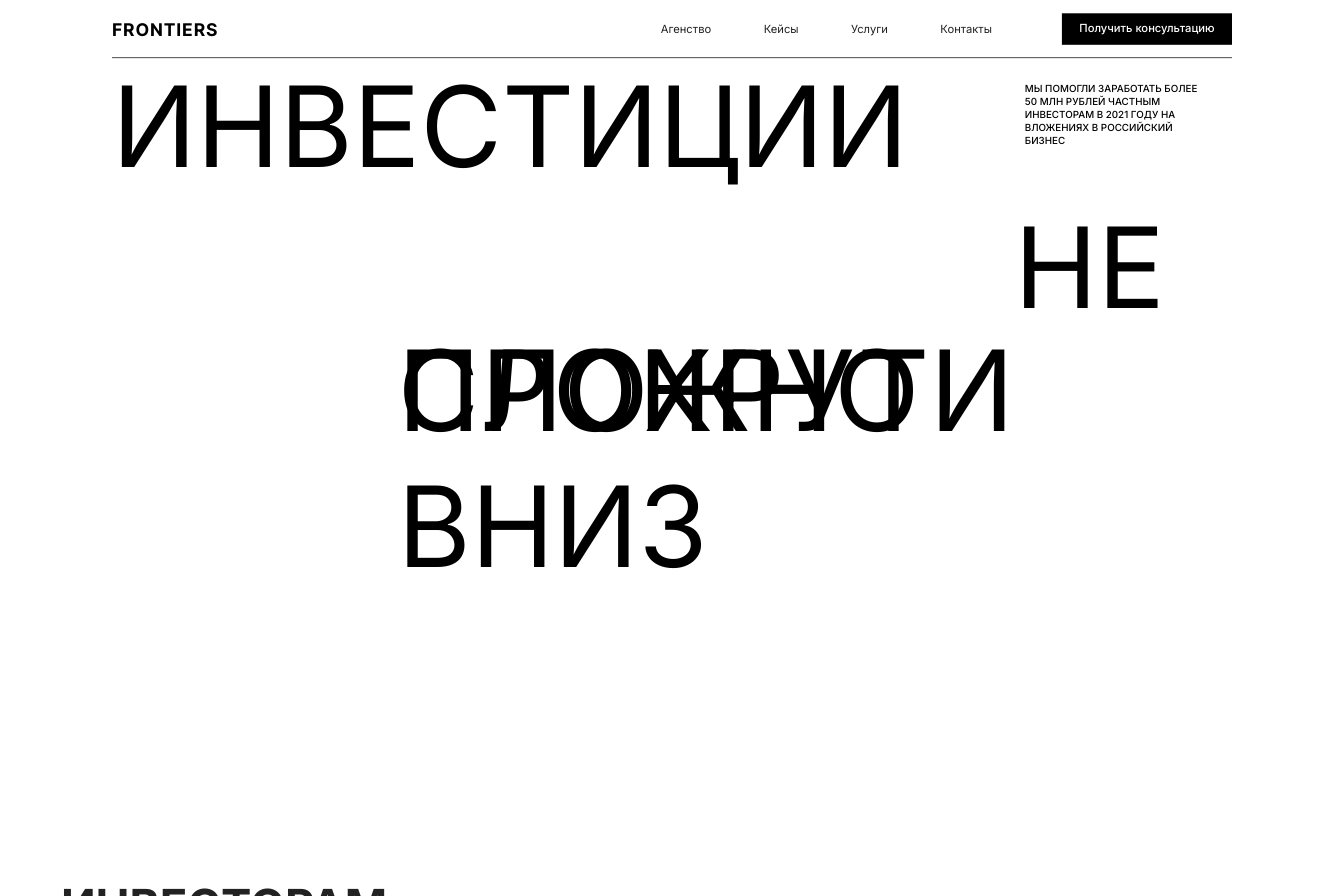
Repository: NadyaKorvin/frontiers
Page: /
The author's editor kept a copy of each file at every save. The page is drawn from the files as they stood at one save, then again after the next save.
The browser window is 1280 px wide. The page is 1920 px wide, so the pictures cover 1920 px, including what lies to the right of the window. The pictures show the part of the page from y = 0 to 1280 px (the page is 1728 px tall), at 70% of full size.
The project was rebuilt for these pictures with package versions that can differ from the ones it lists, and the page was loaded fresh each time.

Above is the page before, as saved 2022-05-23 05:20:58.

After the next save:
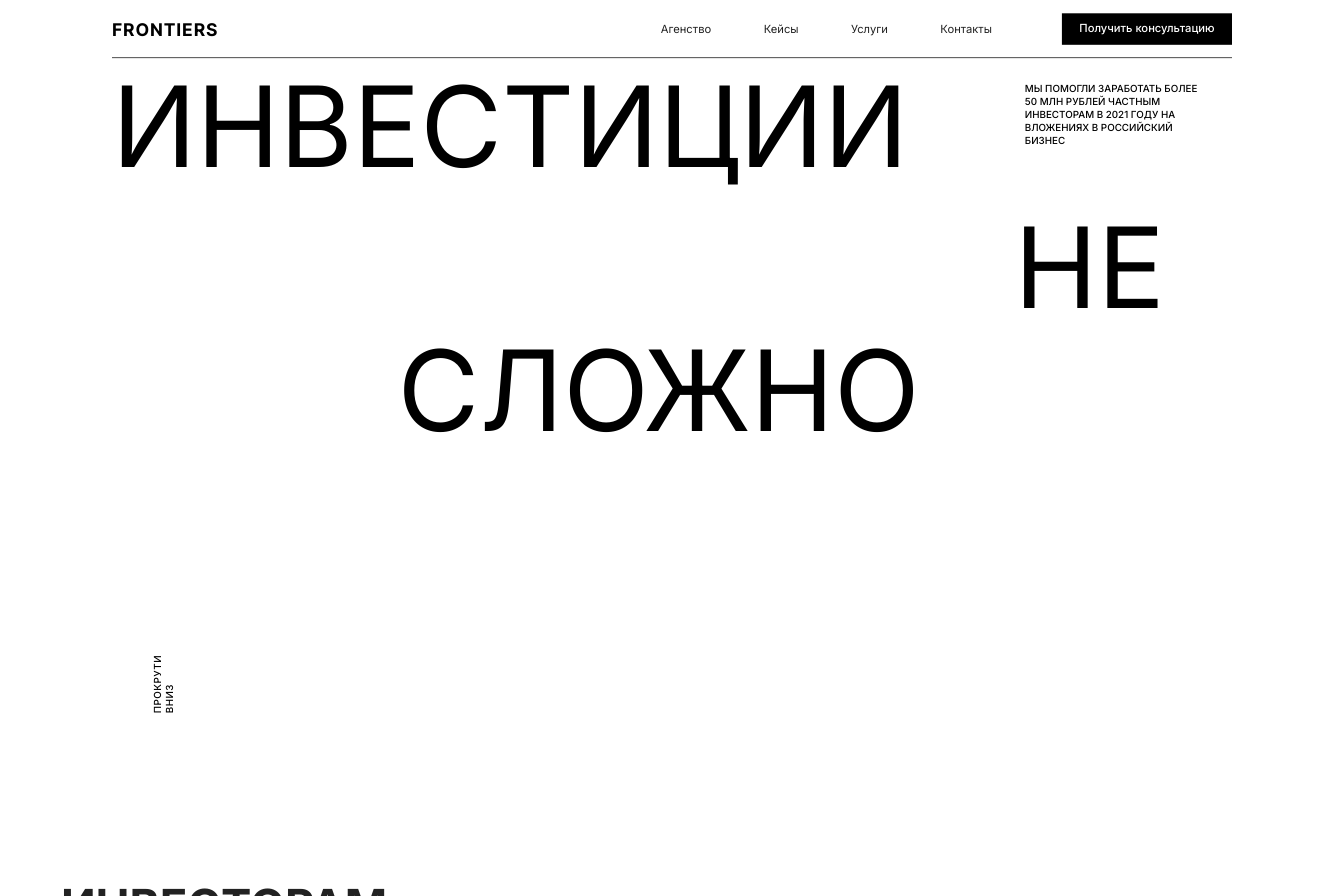
Saved 81 s later.
--- a/src/components/firstScreen/FirstScreen.module.css
+++ b/src/components/firstScreen/FirstScreen.module.css
@@ -95,6 +95,20 @@ p:nth-child(4) {
 }
 
 p:nth-child(5) {
-    top: 461px;
-    left: 568px;
+    position: absolute;
+width: 129px;
+height: 17px;
+left: 160px;
+top: 946px;
+
+font-family: 'Inter';
+font-style: normal;
+font-weight: 500;
+font-size: 14px;
+line-height: 17px;
+letter-spacing: 0.05em;
+
+color: #000000;
+
+transform: rotate(-90deg);
   }
